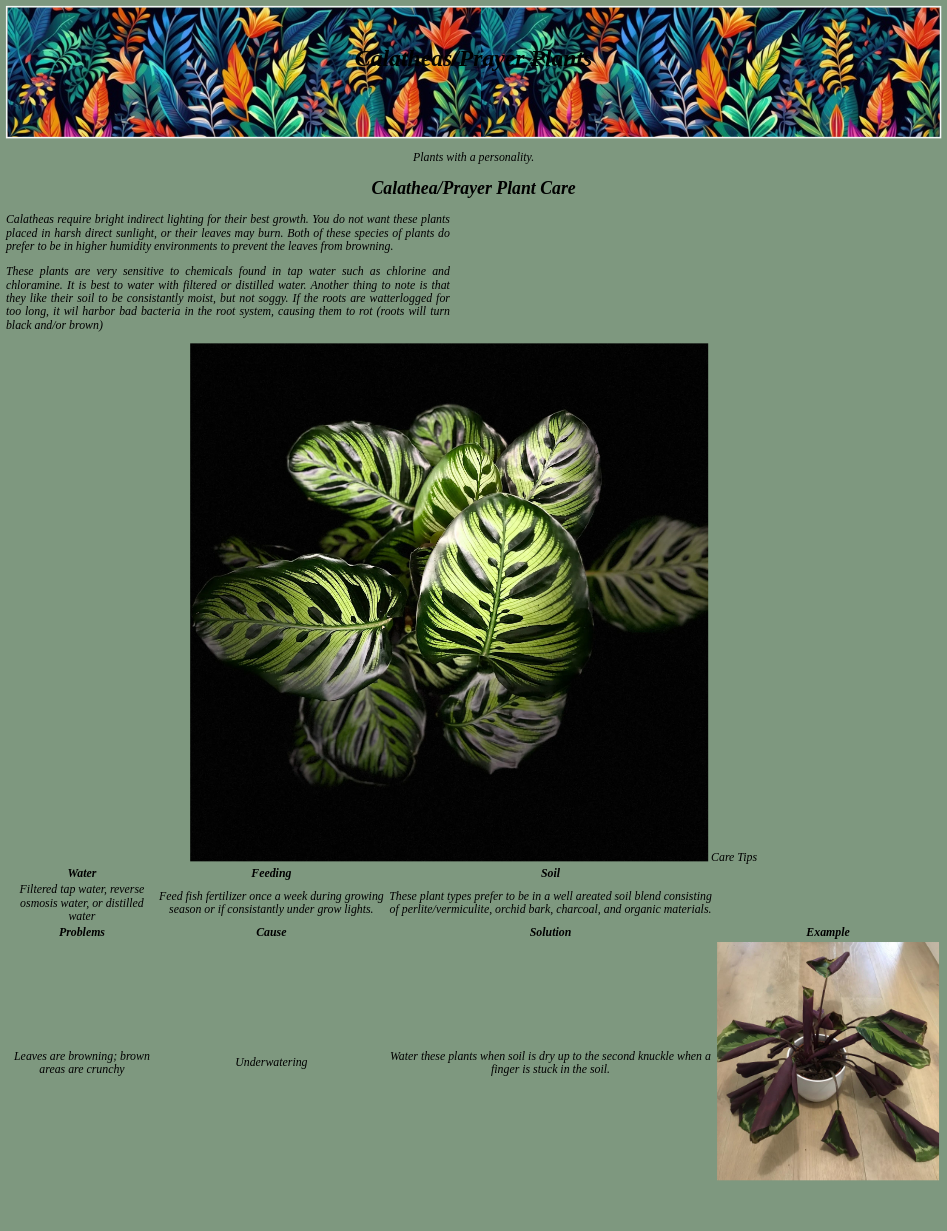
Repository: swillis91/odin-recipies
Page: Planty Page/calatheas.html
The author's editor kept a copy of each file at every save. The page is drawn from the files as they stood at one save, then again after the next save.
The browser window is 1280 px wide. The pictures show the whole page, at 74% of full size.

Above is the page before, as saved 2023-08-10 00:29:08.

After the next save:
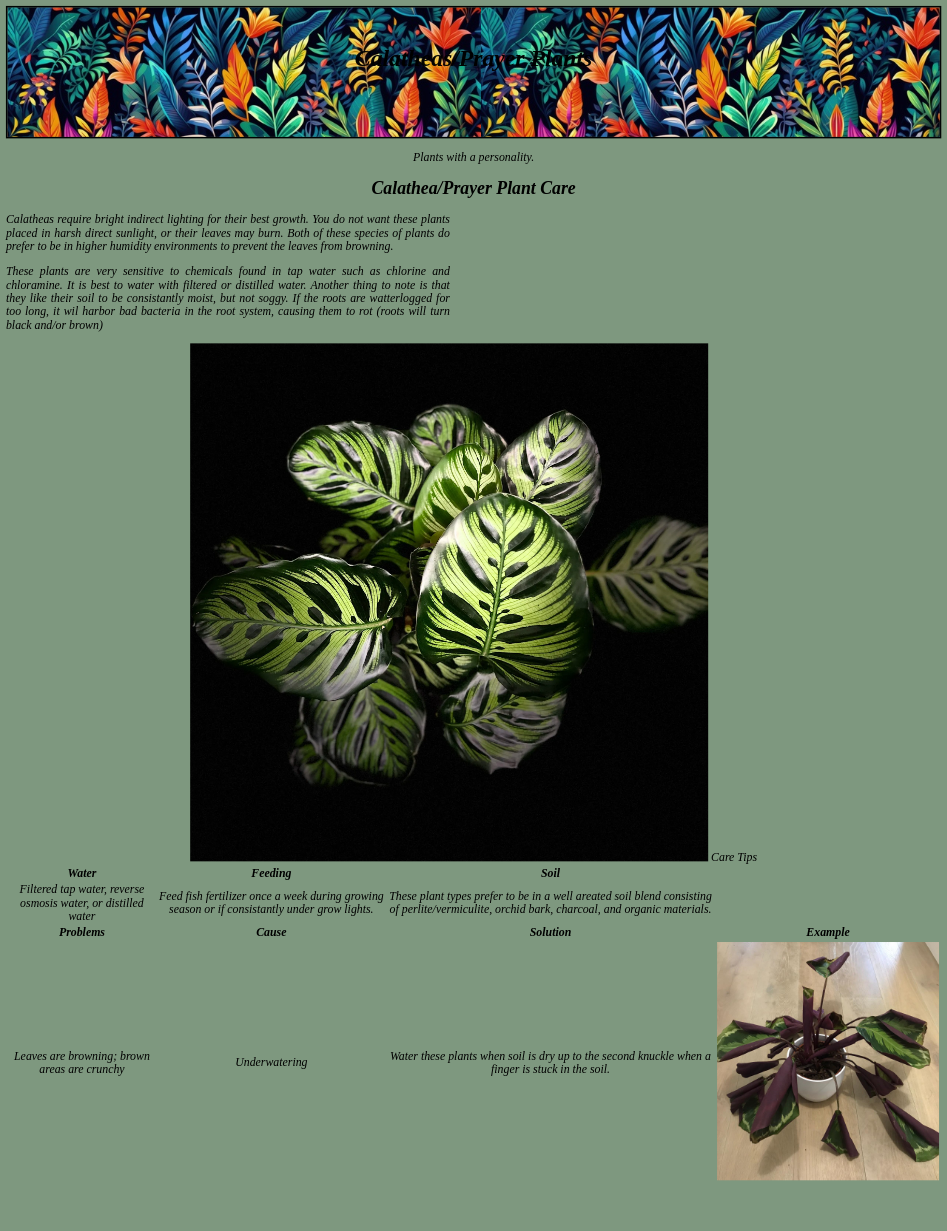
Saved 57 s later.
--- a/Planty Page/style.css
+++ b/Planty Page/style.css
@@ -8,7 +8,7 @@ body{
 
 .heading{
     color: rgba(0, 0, 0, 0.974);
-    border: 2px solid rgb(244, 247, 247);
+    border: 2px solid rgb(0, 3, 3);
     background-image: url('Images/banner.jpg');
     height: 75px;
     margin: 0 auto;
